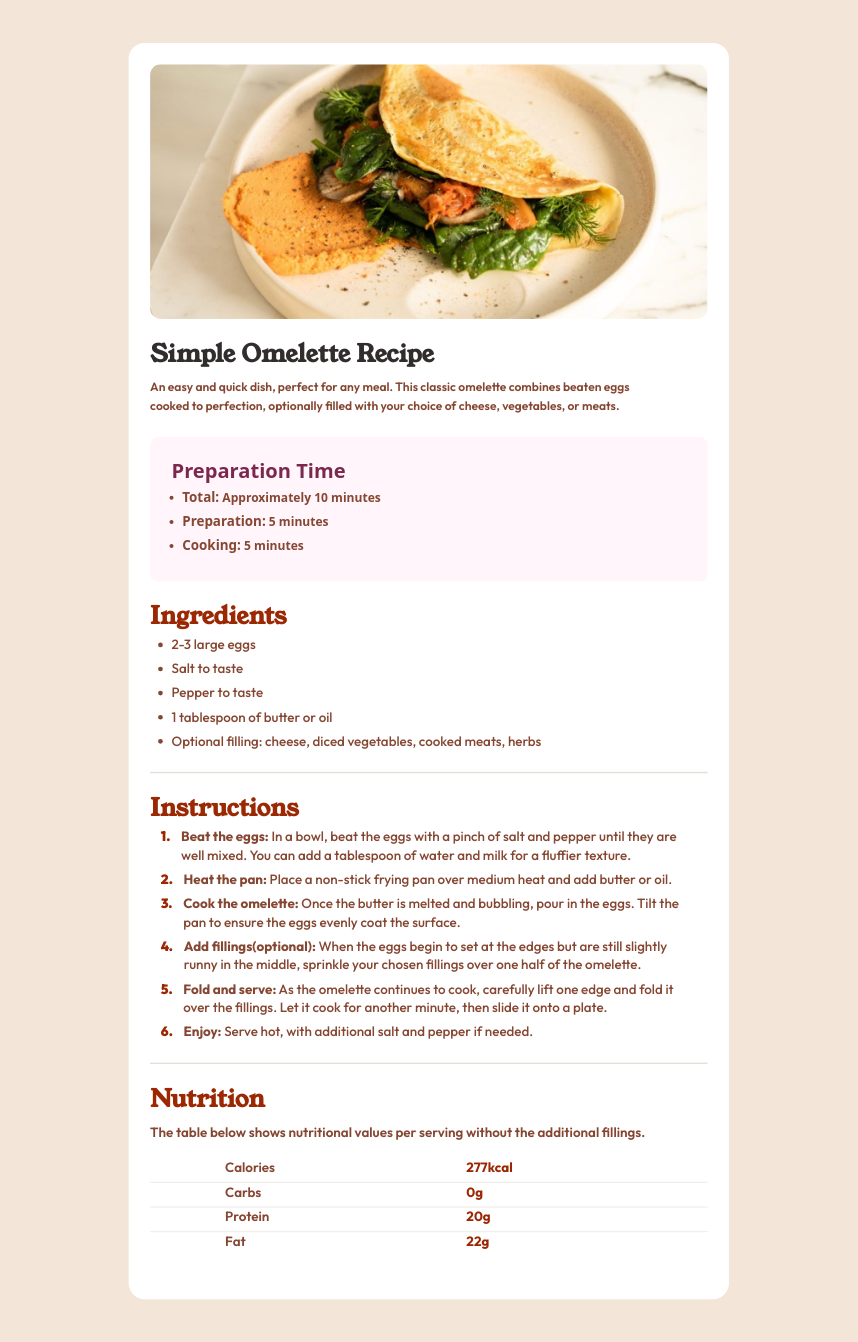
Repository: nivrii/recipe-page-main
Page: /
An editor plug-in stored every save of this project. The page is shown before and after the next save, followed by the edit.
The browser window is 1280 px wide. The pictures show the whole page, at 67% of full size.
The project was rebuilt for these pictures with package versions that can differ from the ones it lists, and the page was loaded fresh each time. Also part of the build but not shown: vite.config.js, src/index.css.

Above is the page before, as saved 2024-03-27 13:09:51.

After the next save:
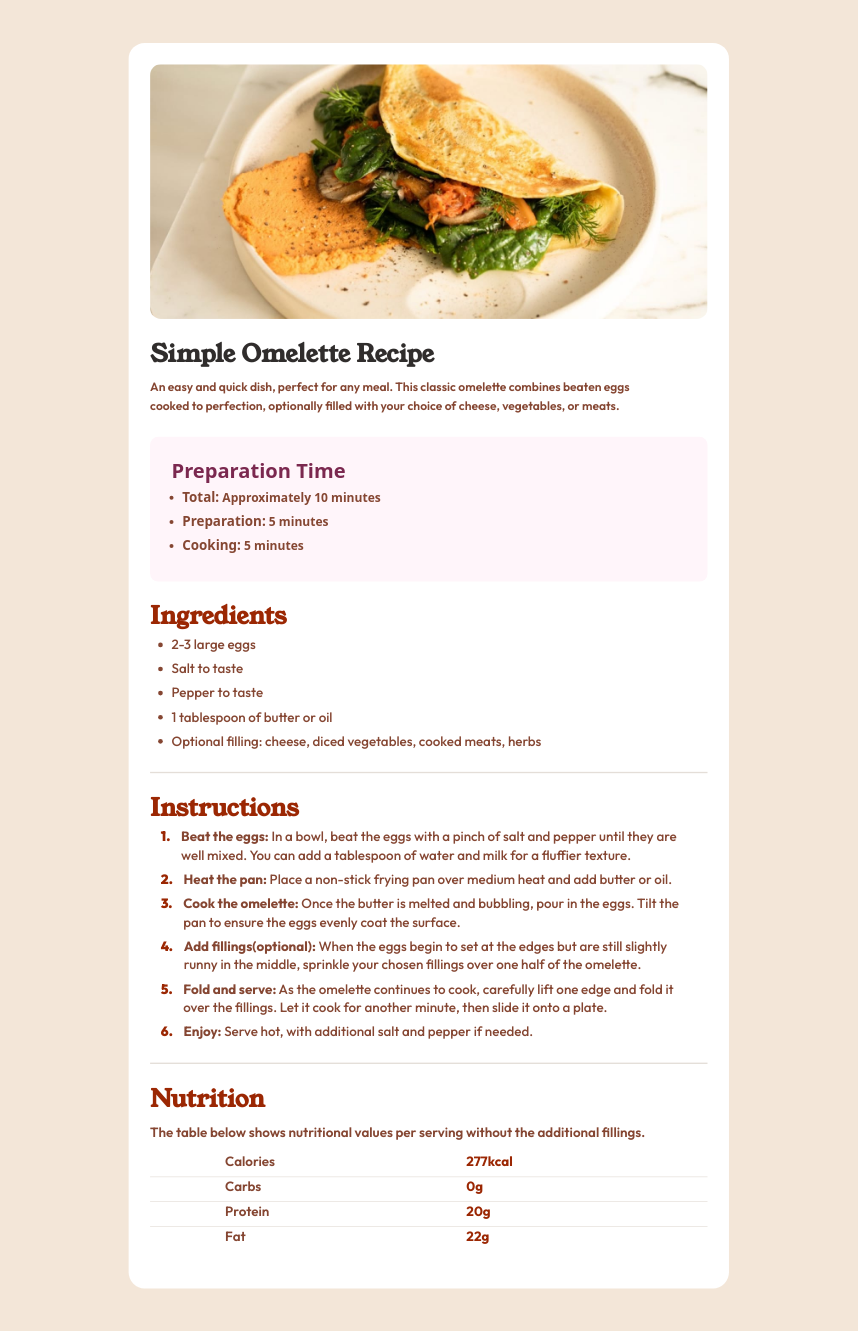
Saved 19 s later.
--- a/src/Nutrition.jsx
+++ b/src/Nutrition.jsx
@@ -1,6 +1,6 @@
 export function Nutrition() {
   return (
-    <div className="flex flex-col m-4 mb-8 md:mx-0">
+    <div className="m-4 mb-8 md:mx-0">
       <h1 className="text-left text-nutmegLight text-3xl md:text-4xl font-bold font-young mt-8 mb-4">
         Nutrition
       </h1>
